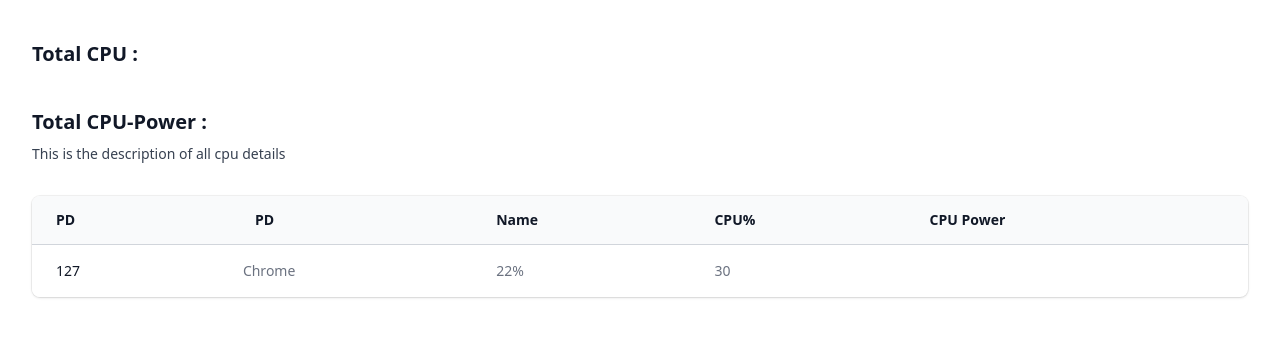
Repository: emorilebo/cpu-reader
Page: /
The author's editor kept a copy of each file at every save. The page is drawn from the files as they stood at one save, then again after the next save.
The browser window is 1280 px wide. The pictures show the whole page.
The project was rebuilt for these pictures with package versions that can differ from the ones it lists, and the page was loaded fresh each time. The framework's server and built-in components were replaced by stand-ins that run in the browser. Also part of the build but not shown: next.config.js, styles/Home.module.css.

Above is the page before, as saved 2023-01-13 12:34:52.

### pages/index.js
import Head from 'next/head'
import Image from 'next/image'
import { Inter } from '@next/font/google'
import styles from '../styles/Home.module.css'
import Tables from '../components/Tables'

const inter = Inter({ subsets: ['latin'] })

export default function Home() {
  return (
    <>
      <Head>
        <title>Create Next App</title>
        <meta name="description" content="Generated by create next app" />
        <meta name="viewport" content="width=device-width, initial-scale=1" />
        <link rel="icon" href="/favicon.ico" />
      </Head>
      <main className="">
       <Tables/>
      </main>
    </>
  )
}

### styles/globals.css
@tailwind base;
@tailwind components;
@tailwind utilities;

/* :root {
  --max-width: 1100px;
  --border-radius: 12px;
  --font-mono: ui-monospace, Menlo, Monaco, "Cascadia Mono", "Segoe UI Mono",
    "Roboto Mono", "Oxygen Mono", "Ubuntu Monospace", "Source Code Pro",
    "Fira Mono", "Droid Sans Mono", "Courier New", monospace;

  --foreground-rgb: 0, 0, 0;
  --background-start-rgb: 214, 219, 220;
  --background-end-rgb: 255, 255, 255;

  --primary-glow: conic-gradient(
    from 180deg at 50% 50%,
    #16abff33 0deg,
    #0885ff33 55deg,
    #54d6ff33 120deg,
    #0071ff33 160deg,
    transparent 360deg
  );
  --secondary-glow: radial-gradient(
    rgba(255, 255, 255, 1),
    rgba(255, 255, 255, 0)
  );

  --tile-start-rgb: 239, 245, 249;
  --tile-end-rgb: 228, 232, 233;
  --tile-border: conic-gradient(
    #00000080,
    #00000040,
    #00000030,
    #00000020,
    #00000010,
    #00000010,
    #00000080
  );

  --callout-rgb: 238, 240, 241;
  --callout-border-rgb: 172, 175, 176;
  --card-rgb: 180, 185, 188;
  --card-border-rgb: 131, 134, 135;
}

@media (prefers-color-scheme: dark) {
  :root {
    --foreground-rgb: 255, 255, 255;
    --background-start-rgb: 0, 0, 0;
    --background-end-rgb: 0, 0, 0;

    --primary-glow: radial-gradient(rgba(1, 65, 255, 0.4), rgba(1, 65, 255, 0));
    --secondary-glow: linear-gradient(
      to bottom right,
      rgba(1, 65, 255, 0),
      rgba(1, 65, 255, 0),
      rgba(1, 65, 255, 0.3)
    );

    --tile-start-rgb: 2, 13, 46;
    --tile-end-rgb: 2, 5, 19;
    --tile-border: conic-gradient(
      #ffffff80,
      #ffffff40,
      #ffffff30,
      #ffffff20,
      #ffffff10,
      #ffffff10,
      #ffffff80
    );

    --callout-rgb: 20, 20, 20;
    --callout-border-rgb: 108, 108, 108;
    --card-rgb: 100, 100, 100;
    --card-border-rgb: 200, 200, 200;
  }
}

* {
  box-sizing: border-box;
  padding: 0;
  margin: 0;
}

html,
body {
  max-width: 100vw;
  overflow-x: hidden;
}

body {
  color: rgb(var(--foreground-rgb));
  background: linear-gradient(
      to bottom,
      transparent,
      rgb(var(--background-end-rgb))
    )
    rgb(var(--background-start-rgb));
}

a {
  color: inherit;
  text-decoration: none;
}

@media (prefers-color-scheme: dark) {
  html {
    color-scheme: dark;
  }
} */

### components/Tables.jsx
import React from "react";

const cpus = [
  {
    pd: "127",
    name: "Chrome",
    cpupercent: "22%",
    cpupower: "30",
  },
  // More people...
];

export default function Tables() {
  return (
    <div className="px-4 sm:px-6 lg:px-8">
      <div className="sm:flex sm:items-center">
        <div className="sm:flex-auto">
          <h1 className=" mt-10 text-xl font-semibold text-gray-900">
            Total CPU :{" "}
          </h1>
          <h1 className=" mt-10 text-xl font-semibold text-gray-900">
            Total CPU-Power :{" "}
          </h1>
          <p className="mt-2 text-sm text-gray-700">
            This is the description of all cpu details
          </p>
        </div>
      </div>
      <div className="mt-8 flex flex-col">
        <div className="-my-2 -mx-4 overflow-x-auto sm:-mx-6 lg:-mx-8">
          <div className="inline-block min-w-full py-2 align-middle md:px-6 lg:px-8">
            <div className="overflow-hidden shadow ring-1 ring-black ring-opacity-5 md:rounded-lg">
              <table className="min-w-full divide-y divide-gray-300">
                <thead className="bg-gray-50">
                  <tr>
                    <th
                      scope="col"
                      className="py-3.5 pl-4 pr-3 text-left text-sm font-semibold text-gray-900 sm:pl-6"
                    >
                      PD
                    </th>
                    <th
                      scope="col"
                      className="py-3.5 pl-4 pr-3 text-left text-sm font-semibold text-gray-900 sm:pl-6"
                    >
                      PD
                    </th>
                    <th
                      scope="col"
                      className="px-3 py-3.5 text-left text-sm font-semibold text-gray-900"
                    >
                      Name
                    </th>
                    <th
                      scope="col"
                      className="px-3 py-3.5 text-left text-sm font-semibold text-gray-900"
                    >
                      CPU%
                    </th>
                    <th
                      scope="col"
                      className="px-3 py-3.5 text-left text-sm font-semibold text-gray-900"
                    >
                      CPU Power
                    </th>
                  </tr>
                </thead>
                <tbody className="divide-y divide-gray-200 bg-white">
                  {cpus.map((cpu) => (
                    <tr key={cpu.cpupercent}>
                      <td className="whitespace-nowrap py-4 pl-4 pr-3 text-sm font-medium text-gray-900 sm:pl-6">
                        {cpu.pd}
                      </td>
                      <td className="whitespace-nowrap px-3 py-4 text-sm text-gray-500">
                        {cpu.name}
                      </td>
                      <td className="whitespace-nowrap px-3 py-4 text-sm text-gray-500">
                        {cpu.cpupercent}
                      </td>
                      <td className="whitespace-nowrap px-3 py-4 text-sm text-gray-500">
                        {cpu.cpupower}
                      </td>
                    </tr>
                  ))}
                </tbody>
              </table>
            </div>
          </div>
        </div>
      </div>
    </div>
  );
}

Loaded but not shown: pages/_app.js (common file); pages/_document.js (common file); tailwind.config.js (common file)

After the next save:
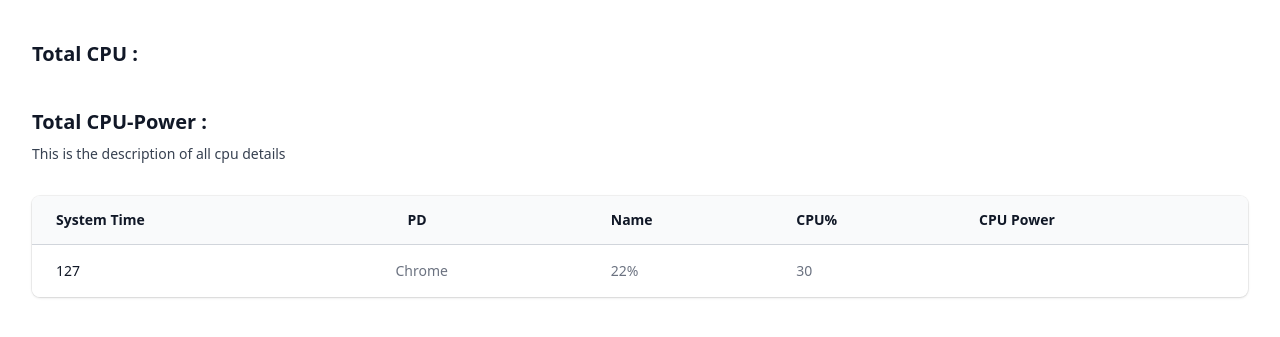
Saved 9 s later.
--- a/components/Tables.jsx
+++ b/components/Tables.jsx
@@ -37,7 +37,7 @@
                       scope="col"
                       className="py-3.5 pl-4 pr-3 text-left text-sm font-semibold text-gray-900 sm:pl-6"
                     >
-                      PD
+                      System Time
                     </th>
                     <th
                       scope="col"

After the save that followed:
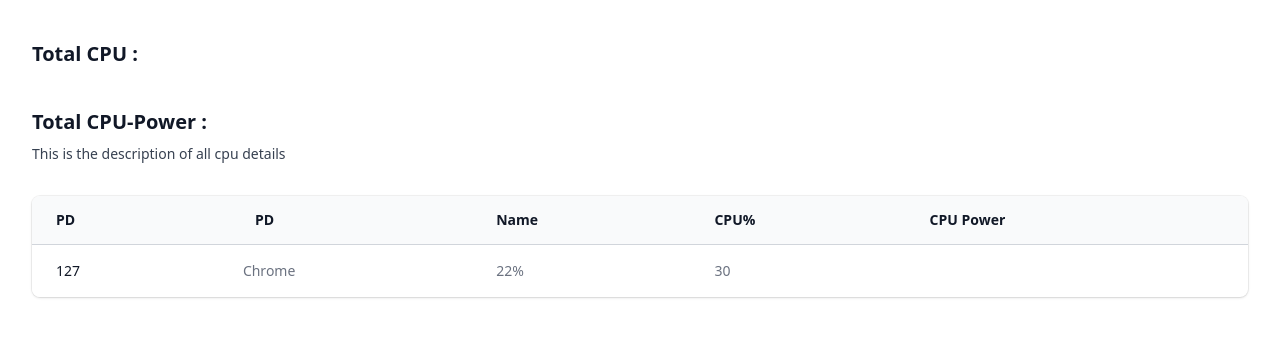
Saved 24 s later.
--- a/components/Tables.jsx
+++ b/components/Tables.jsx
@@ -37,7 +37,7 @@
                       scope="col"
                       className="py-3.5 pl-4 pr-3 text-left text-sm font-semibold text-gray-900 sm:pl-6"
                     >
-                      System Time
+                      PD
                     </th>
                     <th
                       scope="col"
